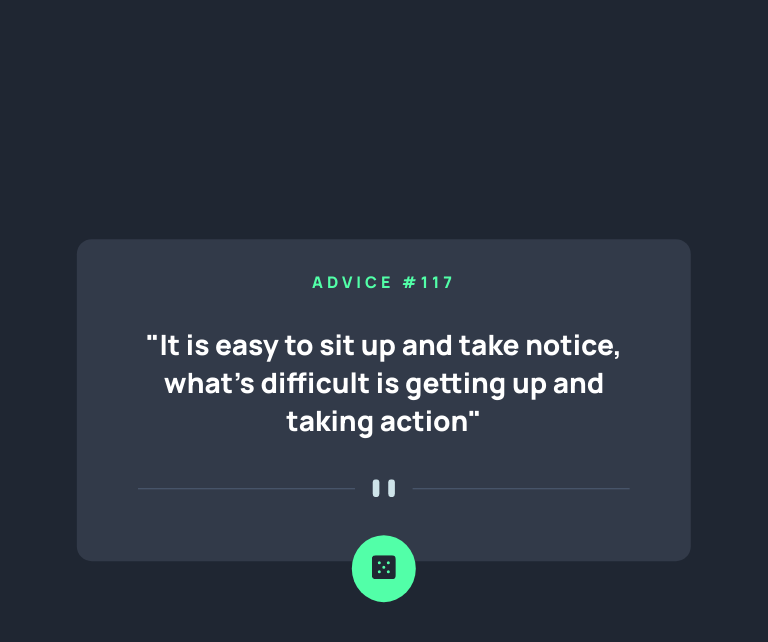
Repository: WindOfCodes/advice-generator-app
Page: index.html
An editor plug-in stored every save of this project. The page is shown before and after the next save, followed by the edit.
The browser window is 768 px wide. The pictures show the whole page.

Above is the page before, as saved 2022-11-28 22:30:58.

After the next save:
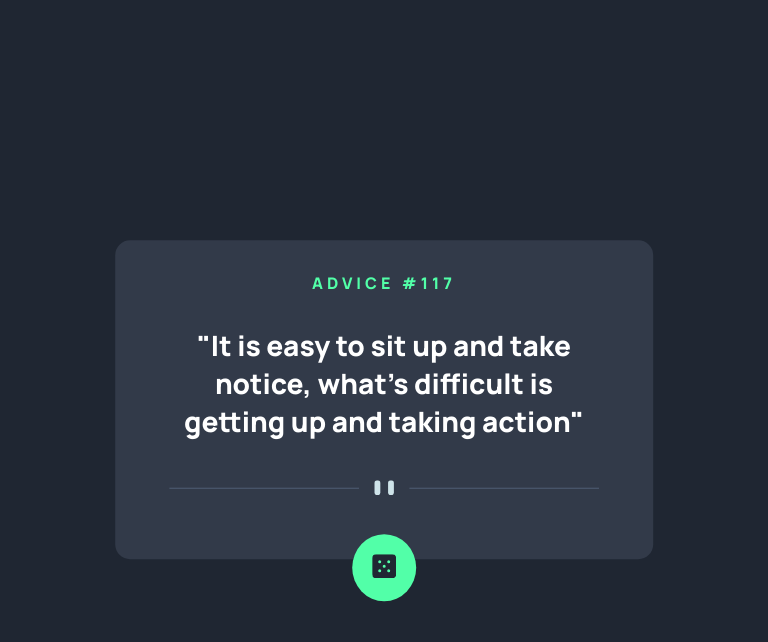
Saved 27 s later.
--- a/styles/main.css
+++ b/styles/main.css
@@ -72,7 +72,7 @@ body {
 
 @media only screen and (max-width: 800px) {
   .card {
-    width: 80%;
+    width: 70%;
   }
 }
 
